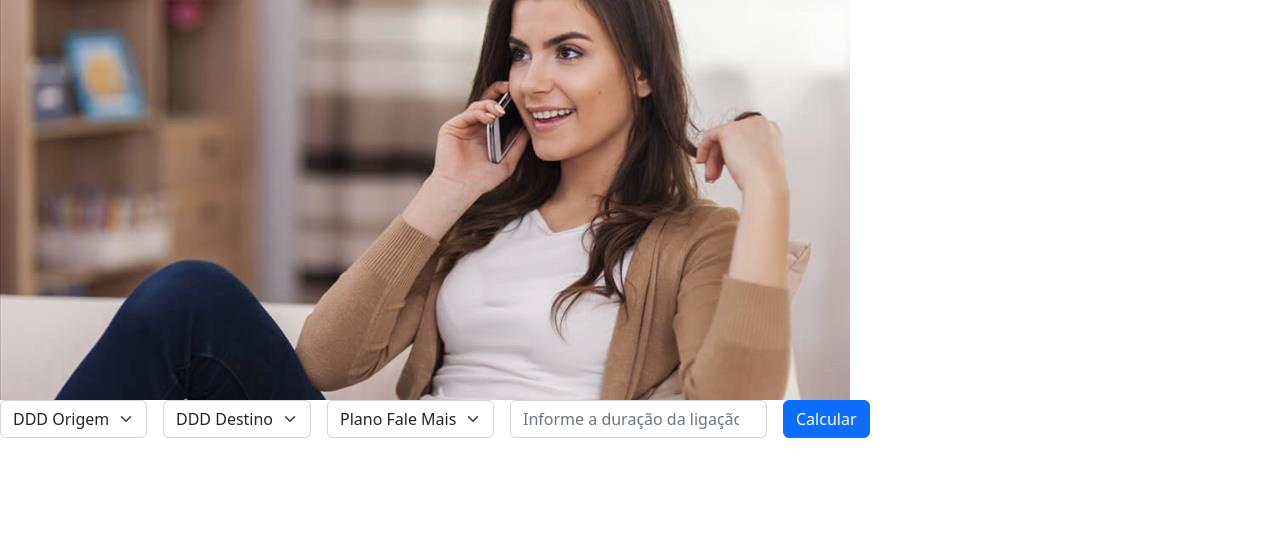
Repository: JuniorMagalhaesDeAlcantara/Fale-Mais
Page: falemais/src/main/resources/templates/index.html
These files come from the project's save history. The page is drawn as it stood at one moment and after the next save; the edit follows.
The browser window is 1280 px wide. The page is 1288 px wide, so the pictures cover 1288 px, including what lies to the right of the window. The pictures show the whole page.

Above is the page before, as saved 2022-08-04 18:44:07.

After the next save:
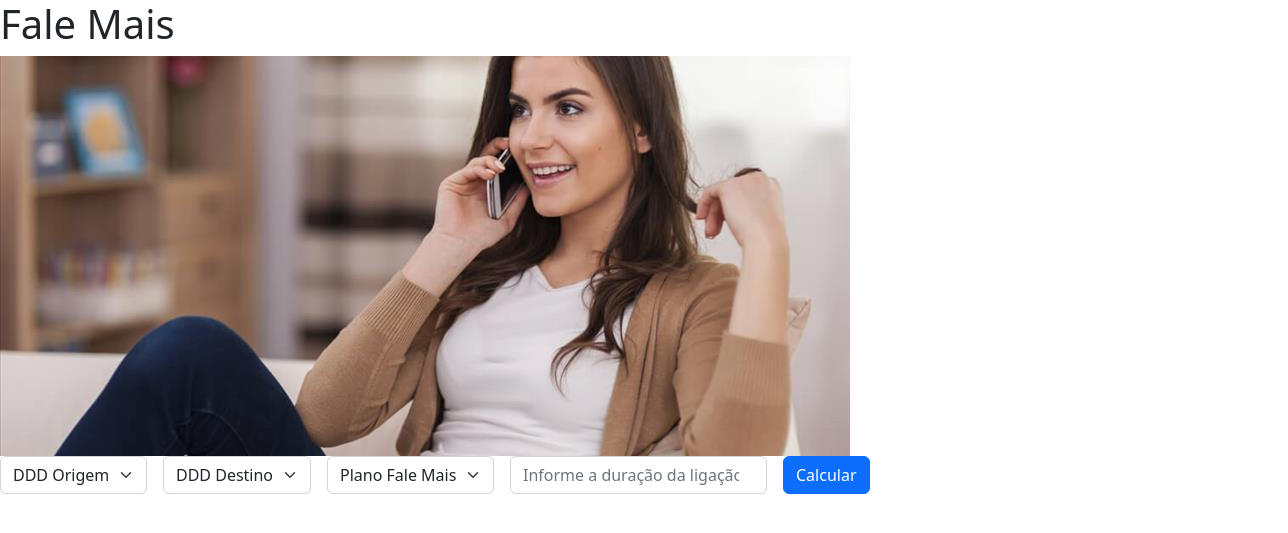
Saved 26 s later.
--- a/falemais/src/main/resources/templates/index.html
+++ b/falemais/src/main/resources/templates/index.html
@@ -10,6 +10,7 @@
 
     <title>Fale Mais</title>
     <div>
+      <h1>Fale Mais</h1>
     <img src="../static/img/telefone.jpg" class="img-fluid" alt="...">
     </div>
 </head>
